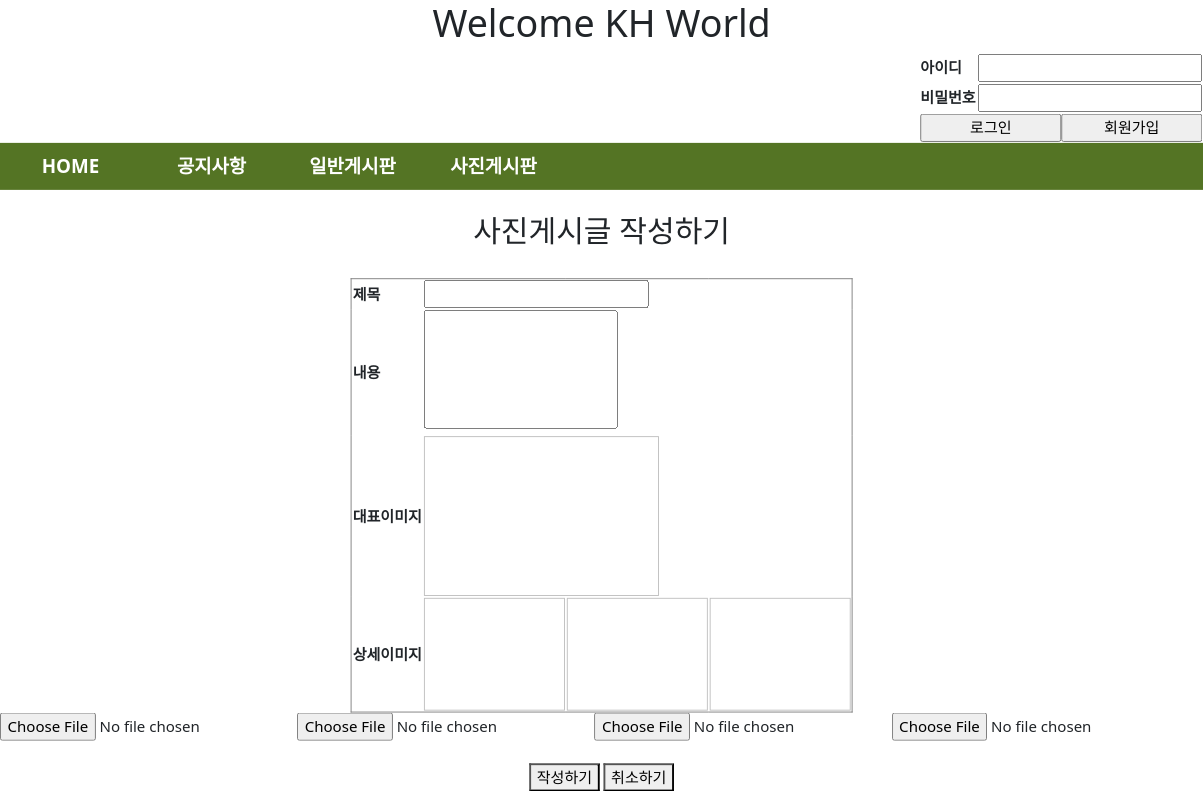
Repository: eru2/Study
Page: http://localhost/JspProject/enrollForm.th
An editor plug-in stored every save of this project. The page is shown before and after the next save, followed by the edit.
The browser window is 1280 px wide. The pictures show the whole page, at 94% of full size.
The page is served by Tomcat 10. Other server files are loaded and not shown.

Above is the page before, as saved 2025-03-04 04:35:56.

### 07_JSP/JspProject/src/main/webapp/views/board/thumbnailEnrollForm.jsp
<%@ page language="java" contentType="text/html; charset=UTF-8"
    pageEncoding="UTF-8"%>
     <%@ taglib prefix="c" uri="http://java.sun.com/jsp/jstl/core" %>
<!DOCTYPE html>
<html>
<head>
<meta charset="UTF-8">
<title>Insert title here</title>
<style>
      .outer {
                    background: blanchedalmond;
                    color: black;
                    width: 1000px;
                    margin: auto;
                    margin-top: 50px;
                    padding: 10px 0px 50px;
                }
        .outer table{
            border: 1px solid black;
        }

        .outer > table th,
        .outer > table td {
            border: 1px solid brown;
        }

        .outer > form input,
        .outer > form textarea{
            width: 100%;
            height: 100%;
            box-sizing: border-box;
        }

        .outer img:hover{
            cursor: pointer;
            background: rgb(252, 240, 222);
        }
</style>
</head>
<body>
    <%@ include file="../common/menubar.jsp" %>

    <div>
        <br>
        <h2 align="center">사진게시글 작성하기</h2>
        <br>

        <form action="">
            <table border="1" align="center">
                <tr>
                    <th>제목</th>
                    <td colspan="3">
                        <input type="text" name="title" required>
                    </td>
                </tr>
                <tr>
                    <th>내용</th>
                    <td colspan="3">
                        <textarea name="content" rows="5" style="resize: none;"> </textarea>
                    </td>
                </tr>
                <tr>
                    <th>대표이미지</th>
                    <td colspan="3">
                        <img id="thumbnail-img" width="250px" height="170px" onclick="chooseFile('#file1')">
                    </td>
                </tr>
                <tr>
                    <th>상세이미지</th>
                    <td><img id="content-img1" width="150px" height="120px" onclick="chooseFile('#file2')"></td>
                    <td><img id="content-img2" width="150px" height="120px" onclick="chooseFile('#file3')"></td>
                    <td><img id="content-img3" width="150px" height="120px" onclick="chooseFile('#file4')"></td>
                </tr>
            </table>
            <div>
                <input type="file" name="file1" id="file1" required onchange="loadImg(this, '#thumbnail-img')">
                <input type="file" name="file2" id="file2">
                <input type="file" name="file3" id="file3">
                <input type="file" name="file4" id="file4">
            </div>
            <br>
            <div align="center">
                <button type="submit">작성하기</button>
                <button type="reset">취소하기</button>
            </div>

            <script>
                function loadImg(changeInput, targetImg){
                    //파일객체 -> files -> 선택된 파일이 담겨있음
                    console.log(changeInput.files[0])
                    if(changeInput.files.length > 0){ //파일을 선택했을 때

                    } else { //파일이 있었는데 선택 후 취소했을 때

                    }
                }
                function chooseFile(selector){
                    const fileInput = document.querySelector(selector);
                    fileInput.click();
                }
            </script>
        </form>
    </div>
</body>
</html>

### 07_JSP/JspProject/src/main/webapp/views/common/menubar.jsp
<%@ page language="java" contentType="text/html; charset=UTF-8"
    pageEncoding="UTF-8"%>
    <%@ taglib prefix="c" uri="http://java.sun.com/jsp/jstl/core" %>
<!DOCTYPE html>
<html>
<head>
    <meta charset="UTF-8">
    <meta name="viewport" content="width=device-width, initial-scale=1.0">
    <title>Insert title here</title>
    <!-- 부트스트랩 5.3.3 -->
    <link href="https://cdn.jsdelivr.net/npm/bootstrap@5.3.3/dist/css/bootstrap.min.css" rel="stylesheet">
    <script src="https://cdn.jsdelivr.net/npm/bootstrap@5.3.3/dist/js/bootstrap.bundle.min.js"></script>
    <!-- jQuery -->
    <script src="https://ajax.googleapis.com/ajax/libs/jquery/3.7.1/jquery.min.js"></script>

    <style>
        a{
            text-decoration: none;
            color: black;
        }
        .login-area > *{
            float: right;

        }

        .login-area input[type="button"],
        .login-area input[type="submit"]{
            width: 50%;
            float: left;
        }

        .nav-area{
            background: rgb(84, 116, 36);
        }
        .menu{
            display: table-cell;
            width: 150px;
            height: 50px;
        }
        .menu a{
            color: white;
            font-size: 20px;
            font-weight: bold;
            text-align: center;
            width: 100%;
            height: 100%;
            line-height: 50px;
            display: inline-block;
        }
    </style>
</head>
<body>
	<c:if test="${not empty alertMsg}">
	<script>
		alert("${alertMsg}")
	</script>
	<c:remove var="alertMsg" />
	</c:if>
	 <h1 align="center">Welcome KH World</h1>
	    <div class="login-area">
		    <c:choose>
		    	<c:when test="${empty sessionScope.loginUser }">
		        <!-- 로그인 전 -->
		        <form action="${pageContext.request.contextPath}/login.me" method="post">
		            <table>
		                <tr>
		                    <th>아이디</th>
		                    <td><input type="text" name="userId" required></td>
		                </tr>
		                <tr>
		                    <th>비밀번호</th>
		                    <td><input type="password" name="userPwd" required></td>
		                </tr>
		                <tr>
		                    <th colspan="2">
		                        <input type="submit" value="로그인">
		                        <input type="button" value="회원가입" onclick="enrollPage();">
		                    </th>
		                </tr>
		            </table>
		        </form>
		        <script>
		        	function enrollPage(){
		        		//location.href = "${pageContext.request.contextPath}/views/member/memberEnrollForm.jsp";
		        		//웹 애플리케이션의 디렉토리구조가 url에 노출되면 보안에 취약해진다.

		        		location.href = "${pageContext.request.contextPath}/enrollForm.me";
		        		//단순한 페이지 요청도 servlet을 거쳐갈 것(즉, url에는 서블릿 맵핑값만 나타나도록)
		        	}
		        </script>
		        </c:when>
		        <c:otherwise>
		        	<div>
		        		<b>${loginUser.userName}님</b>의 방문을 환영합니다. <br><br>
		        		<div>
		        			<a href="${pageContext.request.contextPath}/myPage.me">마이페이지</a>
		        			<a href="${pageContext.request.contextPath}/logout.me">로그아웃</a>
		        		</div>
		        	</div>
		        </c:otherwise>
		    </c:choose>
	    </div>

    <br clear="both">
    <div class="nav-area">
        <div class="menu"><a href="${pageContext.request.contextPath}">HOME</a></div>
        <div class="menu"><a href="${pageContext.request.contextPath}/notice.bo?cpage=1">공지사항</a></div>
        <div class="menu"><a href="${pageContext.request.contextPath}/list.bo?cpage=1">일반게시판</a></div>
        <div class="menu"><a href="${pageContext.request.contextPath}/list.th">사진게시판</a></div>
    </div>
</body>
</html>

### 07_JSP/JspProject/src/main/java/com/kh/board/controller/ThumbnailEnrollController.java
package com.kh.board.controller;

import jakarta.servlet.ServletException;
import jakarta.servlet.annotation.WebServlet;
import jakarta.servlet.http.HttpServlet;
import jakarta.servlet.http.HttpServletRequest;
import jakarta.servlet.http.HttpServletResponse;
import java.io.IOException;

/**
 * Servlet implementation class ThumbnailEnrollController
 */
@WebServlet("/enrollForm.th")
public class ThumbnailEnrollController extends HttpServlet {
	private static final long serialVersionUID = 1L;

    /**
     * @see HttpServlet#HttpServlet()
     */
    public ThumbnailEnrollController() {
        super();
        // TODO Auto-generated constructor stub
    }

	/**
	 * @see HttpServlet#doGet(HttpServletRequest request, HttpServletResponse response)
	 */
	protected void doGet(HttpServletRequest request, HttpServletResponse response) throws ServletException, IOException {
		request.getRequestDispatcher("views/board/thumbnailEnrollForm.jsp").forward(request, response);

	}

	/**
	 * @see HttpServlet#doPost(HttpServletRequest request, HttpServletResponse response)
	 */
	protected void doPost(HttpServletRequest request, HttpServletResponse response) throws ServletException, IOException {
		// TODO Auto-generated method stub
		doGet(request, response);
	}

}

After the next save:
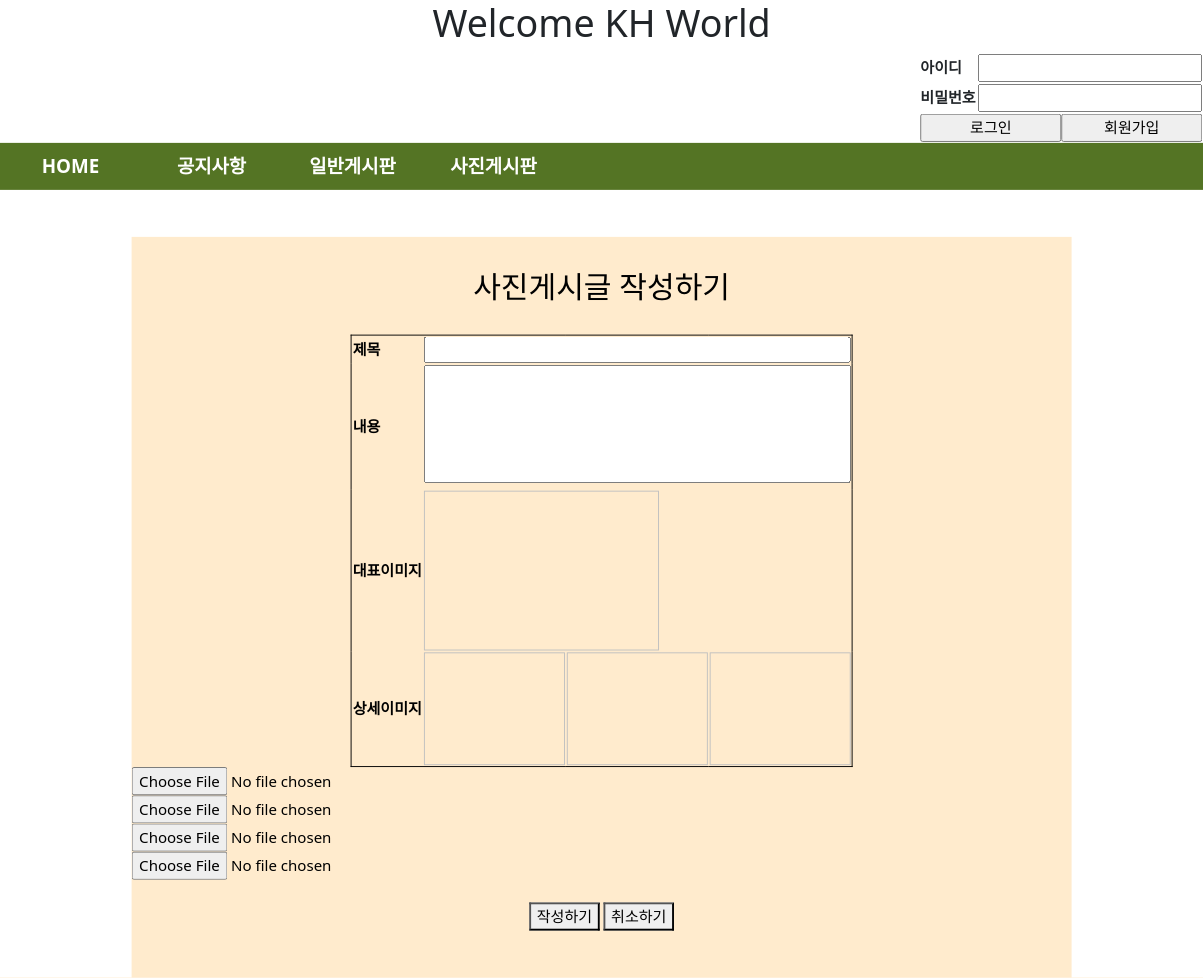
Saved 56 s later.
--- a/07_JSP/JspProject/src/main/webapp/views/board/thumbnailEnrollForm.jsp
+++ b/07_JSP/JspProject/src/main/webapp/views/board/thumbnailEnrollForm.jsp
@@ -37,10 +37,10 @@
         }
 </style>
 </head>
-<body>
-    <%@ include file="../common/menubar.jsp" %>
+  <body>
+	<%@ include file="../common/menubar.jsp" %>
 
-    <div>
+    <div class="outer">
         <br>
         <h2 align="center">사진게시글 작성하기</h2>
         <br>
@@ -56,29 +56,32 @@
                 <tr>
                     <th>내용</th>
                     <td colspan="3">
-                        <textarea name="content" rows="5" style="resize: none;"> </textarea>
+                        <textarea name="content" rows="5" style="resize: none;"></textarea>
                     </td>
                 </tr>
                 <tr>
                     <th>대표이미지</th>
                     <td colspan="3">
-                        <img id="thumbnail-img" width="250px" height="170px" onclick="chooseFile('#file1')">
+                        <img id="tumbnail-img" width="250" height="170" onclick="chooseFile('#file1')">
                     </td>
                 </tr>
                 <tr>
                     <th>상세이미지</th>
-                    <td><img id="content-img1" width="150px" height="120px" onclick="chooseFile('#file2')"></td>
-                    <td><img id="content-img2" width="150px" height="120px" onclick="chooseFile('#file3')"></td>
-                    <td><img id="content-img3" width="150px" height="120px" onclick="chooseFile('#file4')"></td>
+                    <td><img id="content-img1" width="150" height="120" onclick="chooseFile('#file2')"></td>
+                    <td><img id="content-img2" width="150" height="120" onclick="chooseFile('#file3')"></td>
+                    <td><img id="content-img3" width="150" height="120" onclick="chooseFile('#file4')"></td>
                 </tr>
             </table>
+
             <div>
-                <input type="file" name="file1" id="file1" required onchange="loadImg(this, '#thumbnail-img')">
+                <input type="file" name="file1" id="file1" required onchange="loadImg(this, '#tumbnail-img')">
                 <input type="file" name="file2" id="file2">
                 <input type="file" name="file3" id="file3">
                 <input type="file" name="file4" id="file4">
             </div>
+
             <br>
+
             <div align="center">
                 <button type="submit">작성하기</button>
                 <button type="reset">취소하기</button>
@@ -86,9 +89,9 @@
 
             <script>
                 function loadImg(changeInput, targetImg){
-                    //파일객체 -> files -> 선택된 파일이 담겨있음
+                    //파일객체 -> files -> 선택된파일들이 담겨있음
                     console.log(changeInput.files[0])
-                    if(changeInput.files.length > 0){ //파일을 선택했을 때
+                    if(changeInput.files.length > 0){ //파일은 선택했을 때
 
                     } else { //파일이 있었는데 선택 후 취소했을 때
 
